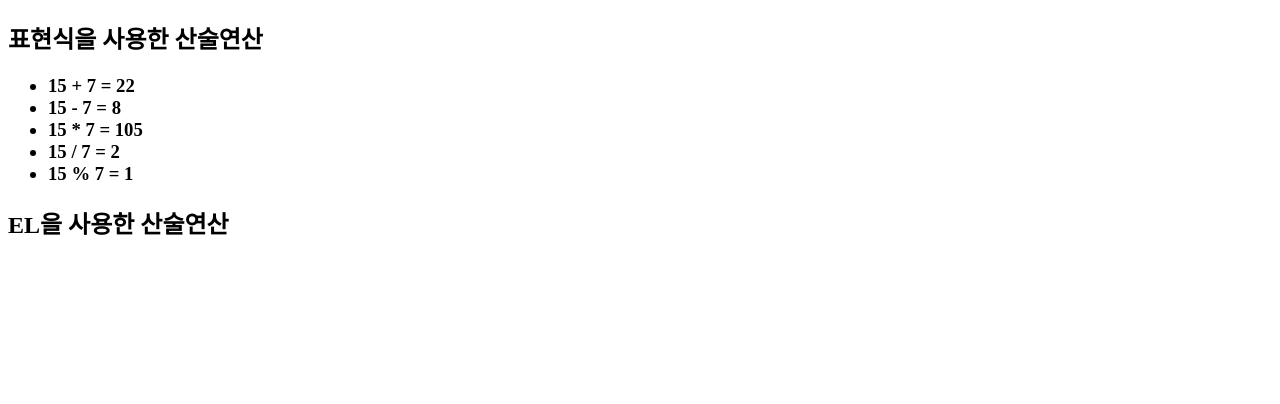
Repository: hagjun/jspstudy
Page: http://localhost/01_servlet/jsp/ex07_EL.jsp
The author's editor kept a copy of each file at every save. The page is drawn from the files as they stood at one save, then again after the next save.
The browser window is 1280 px wide. The pictures show the whole page.
The page is served by Tomcat 9. Other server files are loaded and not shown.

Above is the page before, as saved 2024-03-07 01:03:35.

### 01_servlet/src/main/webapp/jsp/ex07_EL.jsp
<%@ page language="java" contentType="text/html; charset=UTF-8"
    pageEncoding="UTF-8"%>
<!DOCTYPE html>
<html>
<head>
<meta charset="UTF-8">
<title>Insert title here</title>
</head>
<body>
<%--
	EL(Expression Language) : 표현언어
	jsp <%= %> 대신에 사용한다.
	<%= 변수값 이나 메서드의 결과 %>  => ${변수나 메서드의 결과}

	앞에서 배운 pageContext, request, session, application 를 이용해서
	데이터를 저장한 정보를 EL 이나 JSTL를 이용하면 저장된 정보를 바로 사용할 수 있다.
--%>
	<h2>표현식을 사용한 산술연산</h2>
	<h3>
		<ul>
			<li>15 + 7 = <%=15+7 %> </li>
			<li>15 - 7 = <%=15-7 %></li>
			<li>15 * 7 = <%=15*7 %></li>
			<li>15 / 7 = <%=15/7 %></li>
			<li>15 % 7 = <%=15%7 %></li>
		</ul>
	</h3>
	<h2>EL을 사용한 산술연산</h2>

</body>
</html>

After the next save:
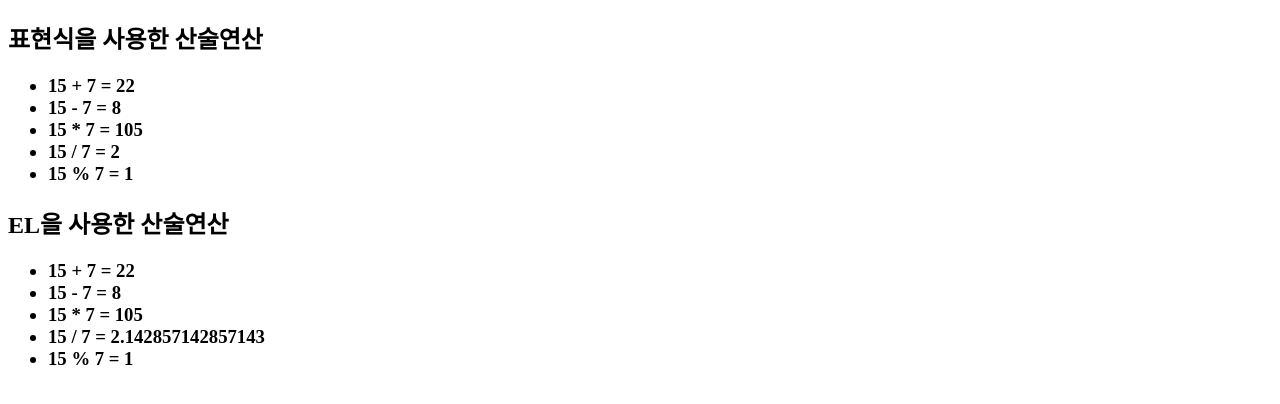
Saved 65 s later.
--- a/01_servlet/src/main/webapp/jsp/ex07_EL.jsp
+++ b/01_servlet/src/main/webapp/jsp/ex07_EL.jsp
@@ -26,6 +26,14 @@
 		</ul>
 	</h3>
 	<h2>EL을 사용한 산술연산</h2>
-
+	<h3>
+		<ul>
+			<li>15 + 7 = ${15+7 } </li>
+			<li>15 - 7 = ${15-7 }</li>
+			<li>15 * 7 = ${15*7 }</li>
+			<li>15 / 7 = ${15/7 }</li>
+			<li>15 % 7 = ${15%7 }</li>
+		</ul>
+	</h3>
 </body>
 </html>
